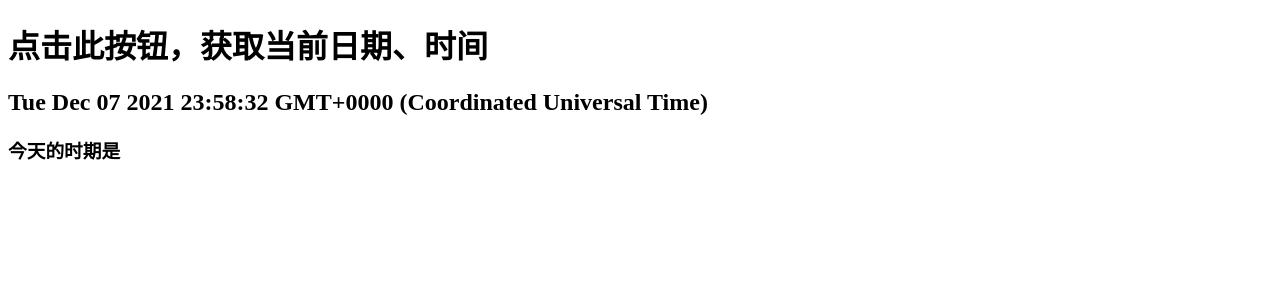
Repository: zhongmoumou/Codes
Page: 测试.html
An editor plug-in stored every save of this project. The page is shown before and after a run of saves, followed by the edit.
The browser window is 1280 px wide. The pictures show the whole page.
After loading, the first visible `#btn1` was clicked once.

Above is the page before, as saved 2021-12-08 00:13:16.

### 测试.html
<!DOCTYPE html>
<html lang="en">
<head>
  <meta charset="UTF-8">
  <meta http-equiv="X-UA-Compatible" content="IE=edge">
  <meta name="viewport" content="width=device-width, initial-scale=1.0">
  <title>Document</title>
  <script src="测试.js"></script>
</head>
<body>
  <h1 id="btn1">点击此按钮，获取当前日期、时间</h1>
  <h2 id="btn2">今天的日期是</h2>
  <h3 id="btn3">今天的时期是</h3>

  <script>
    // 获取事件源：
    let btn1 = document.getElementById('btn1');

    //确定事件类型、完成事件处理程序：
    btn1.onclick = function() {
      btn2.innerText = date();
    }

    function date() {
      let date = new Date();
      return date;
    }

    // 该函数的作用是：返回当前日期（年/月/日/星期）
    function getDate() {
      let date = new Date();  // 获取当前日期

      let year = date.getFullYear();
      let month = date.getMonth() + 1;
      let dates = date.getDate();

      let week = ['星期日', '星期一', '星期二', '星期三', '星期四', '星期五', '星期六'];
      let day = date.getDay();

      return '今天是：' + year + '年' + month + '月' + dates + '日 ' + week[day] + ' ' + getTime()
    }

    // 该函数的作用是：返回当前时间（几时几分几秒）
    function getTime() {
      let time = new Date();

      let hour = time.getHours();
      if (hour < 10) {
        hour = '0' + hour;  // 当时小于10的时候，前面加个0
      };
      // 可以用三元表达式：hour = hour < 10 ? '0' + hour : hour;

      let minutes = time.getMinutes();
      if (minutes < 10) {
        minutes = '0' + minutes;  // 当分小于10的时候，前面加个0
      };
      // 可以用三元表达式：minutes = minutes < 10 ? '0' + minutes : minutes;

      let seconds = time.getSeconds();
      if (seconds < 10) {
        seconds = '0' + seconds;  // 当秒小于10的时候，前面加个0
      };
      // 可以用三元表达式：seconds = seconds < 10 ? '0' + seconds : seconds;

      return hour + ':' + minutes + ':' + seconds
    }

  </script>
</body>
</html>

### 测试.js
let now = new Date();  // 语法结构

console.log(now);  // 输出：当前的日期和时间

After the next 2 saves:
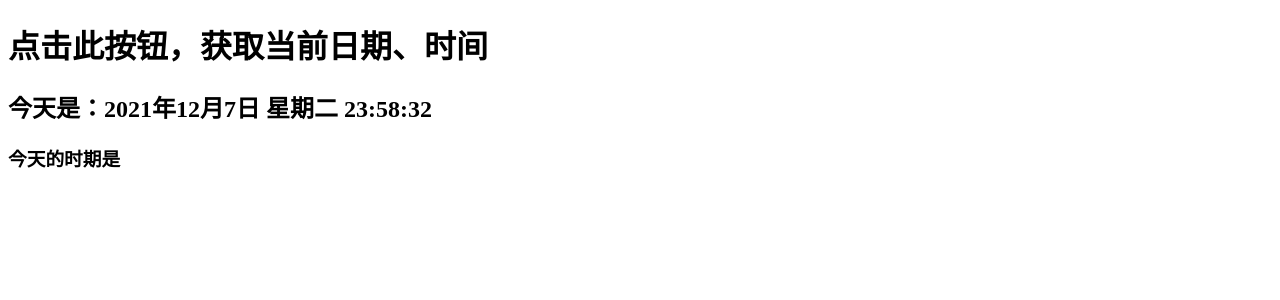
The 2 saves are shown as one change because they came seconds apart.
The last was saved 38 s later.
--- a/测试.html
+++ b/测试.html
@@ -18,17 +18,12 @@
 
     //确定事件类型、完成事件处理程序：
     btn1.onclick = function() {
-      btn2.innerText = date();
-    }
-
-    function date() {
-      let date = new Date();
-      return date;
+      btn2.innerText = getDate();
     }
 
     // 该函数的作用是：返回当前日期（年/月/日/星期）
     function getDate() {
-      let date = new Date();  // 获取当前日期
+      let date = new Date();  // 获取当前中国标准时间
 
       let year = date.getFullYear();
       let month = date.getMonth() + 1;
